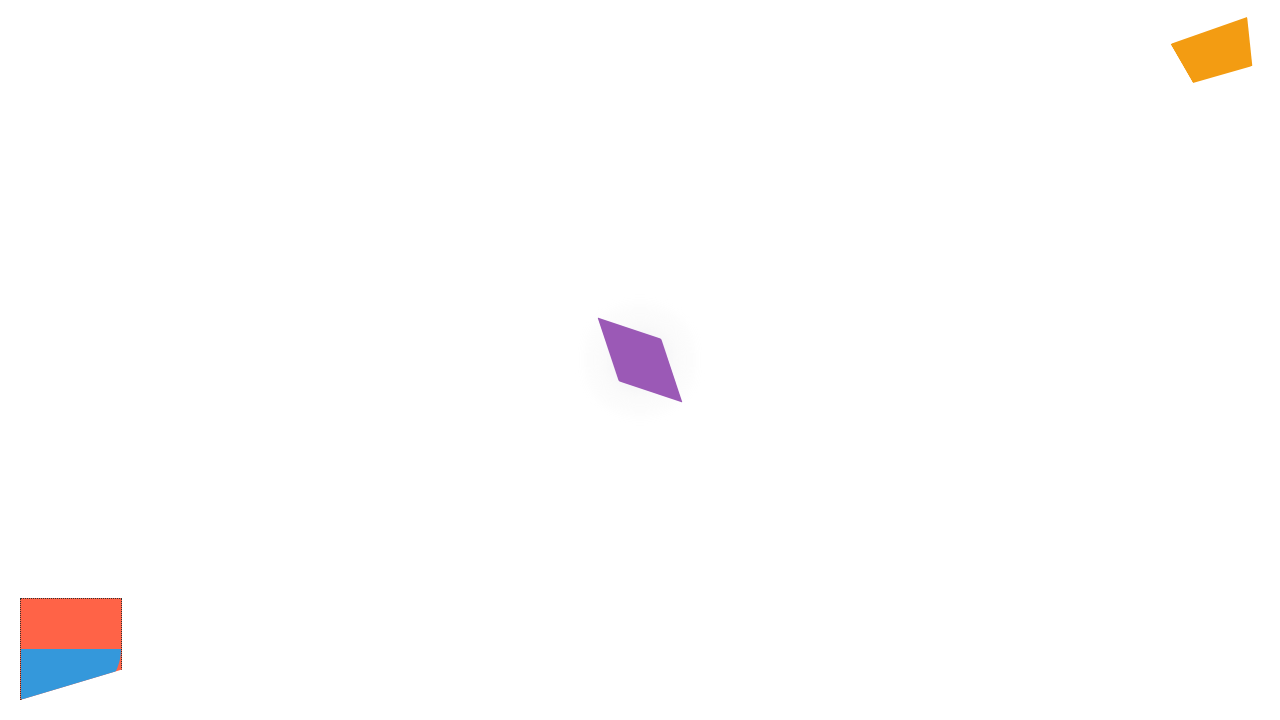
Repository: AdeniranZion/RC-Academy
Page: http://localhost/test/page.php
An editor plug-in stored every save of this project. The page is shown before and after the next save, followed by the edit.
The browser window is 1280 px wide. The pictures show the whole page.
The page is run by PHP 8.4 with error messages shown; the project is at /var/www/html/.

Above is the page before, as saved 2024-06-24 10:58:38.

After the next save:
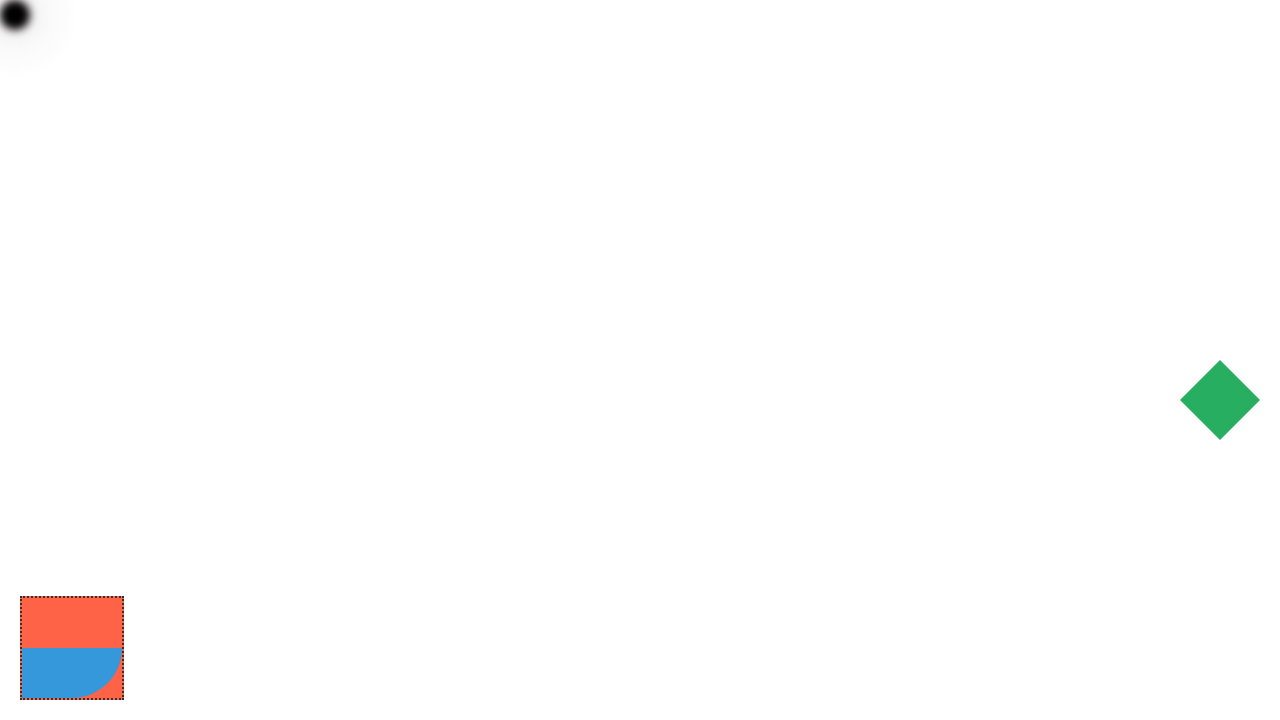
Saved 54 s later.
--- a/test/page.php
+++ b/test/page.php
@@ -16,9 +16,6 @@
       position: relative;
       width: 100%;
       height: 100%;
-      display: flex;
-      justify-content: center;
-      align-items: center;
       background-color: #fff;
       overflow: hidden; /* Prevent object from going out of bounds */
     }
@@ -42,8 +39,7 @@
       width: 100px;
       height: 100px;
       background-color: tomato;
-      border: 1px dotted #333;
-      clip-path: polygon(0% 0%, 100% 0%, 100% 70%, 0% 100%);
+      border: 2px dotted #333;
     }
 
     .blue-semi-circle {
@@ -54,27 +50,16 @@
       height: 50px;
       background-color: #3498db;
       border-bottom-right-radius: 100px;
+      clip-path: polygon(0% 0%, 100% 0%, 100% 100%, 0% 100%);
     }
 
-    .random-shape-1 {
+    .random-shape {
       position: absolute;
-      top: 20px;
+      top: 50%;
       right: 20px;
       width: 80px;
-      height: 60px;
-      background-color: #f39c12;
-      transform: rotate(-30deg);
-      clip-path: polygon(0% 0%, 100% 25%, 75% 100%, 0% 75%);
-    }
-
-    .random-shape-2 {
-      position: absolute;
-      top: 50%;
-      left: 50%;
-      width: 120px;
-      height: 60px;
-      background-color: #9b59b6;
-      transform: translate(-50%, -50%) rotate(45deg);
+      height: 80px;
+      background-color: #27ae60;
       clip-path: polygon(50% 0%, 100% 50%, 50% 100%, 0% 50%);
     }
   </style>
@@ -86,8 +71,7 @@
     <div class="dotted-square">
       <div class="blue-semi-circle"></div>
     </div>
-    <div class="random-shape-1"></div>
-    <div class="random-shape-2"></div>
+    <div class="random-shape"></div>
   </div>
 
   <script>
